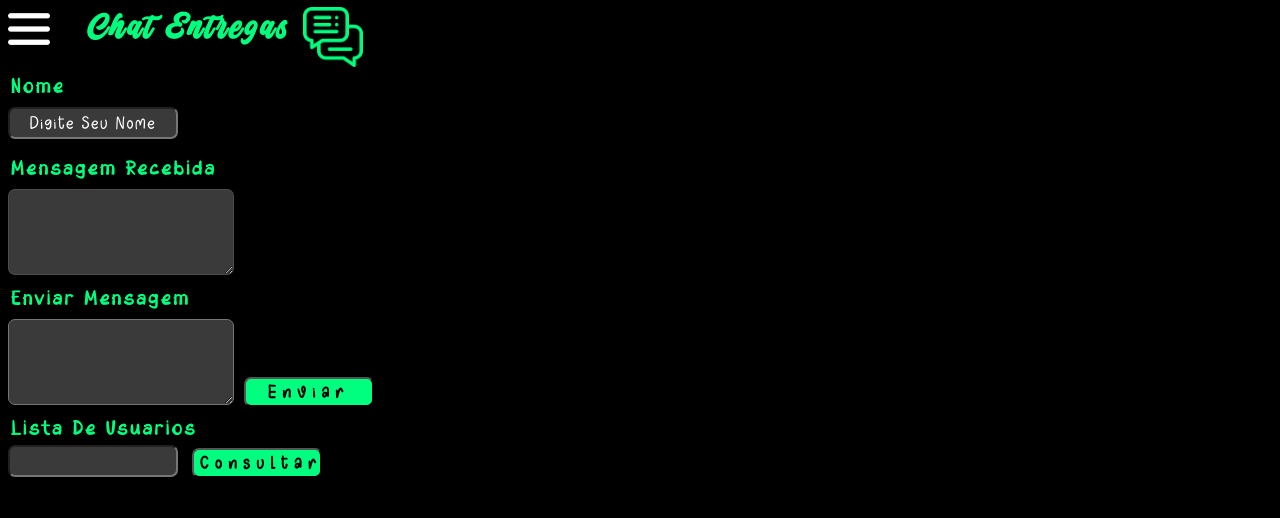
Repository: alfredo-allan/relatorioentregas
Page: pages/chatapp.html
The author's editor kept a copy of each file at every save. The page is drawn from the files as they stood at one save, then again after the next save.
The browser window is 1280 px wide. The pictures show the whole page.
The page's requests for data from a server got no answer.

Above is the page before, as saved 2024-05-12 10:57:23.
Console error: TypeError: Cannot set properties of null (setting 'value')

After the next save:
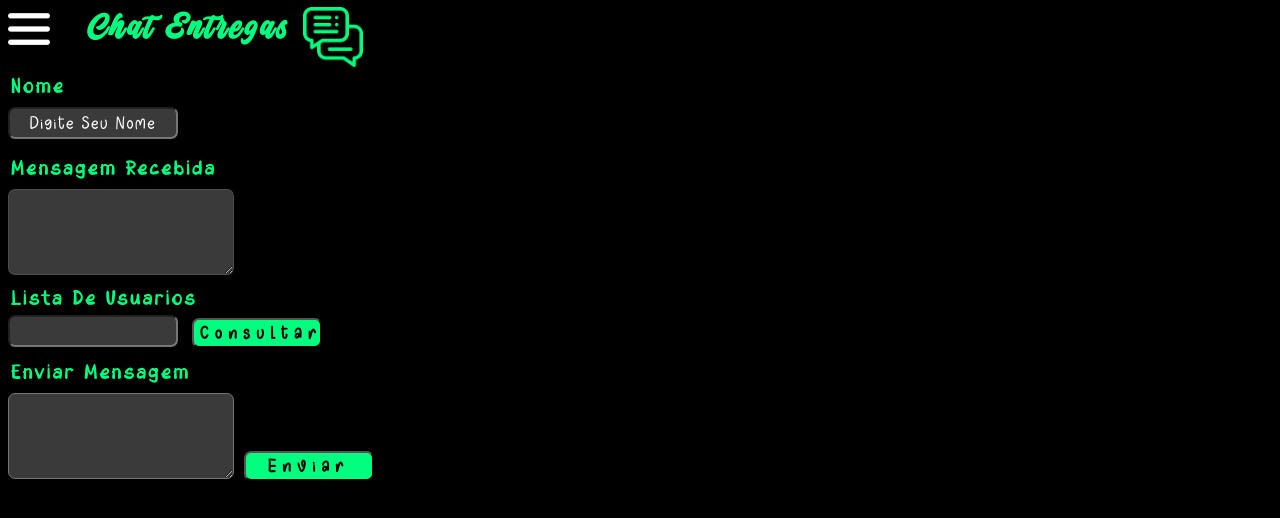
Saved 57 s later.
--- a/pages/chatapp.html
+++ b/pages/chatapp.html
@@ -35,16 +35,16 @@
         <textarea id="msgInput" rows="4" disabled></textarea>
         <!-- Alterado para <textarea> -->
       </div>
+      <span>Lista De Usuarios</span>
+      <ul></ul>
+      <div id="usuarios"></div> <br>
+      <input id="lstUsu" type="text">
+      <button id="ctsUsu">Consultar</button>
       <div id="msgEnviar">
         <span>Enviar Mensagem</span> <br />
         <textarea id="enviarMsg" type="text"></textarea>
         <button id="enviarmsg">Enviar</button>
       </div>
-      <span>Lista De Usuarios</span>
-      <ul></ul>
-      <div id="usuarios"></div> <br>
-      <input id="lstUsu" type="text">
-      <button id="ctsUsu">Consultar</button>
     </div>
   </body>
   <script>
